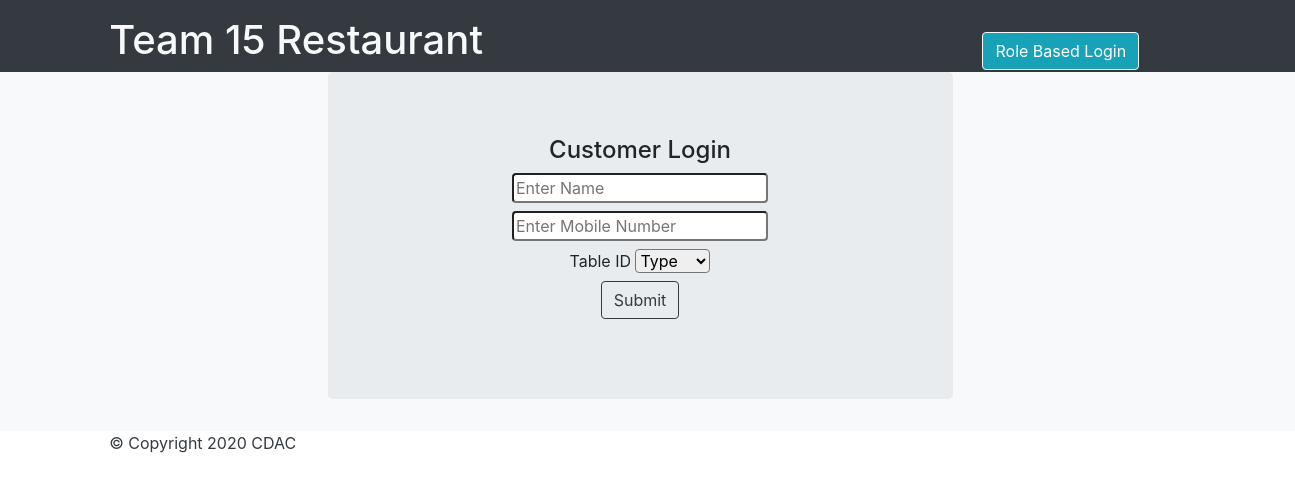
Repository: Pedaxx-IT-solution/E-Waiter-Stuff-
Page: http://localhost/ProjectEwaiter/WEB-INF/views/index.jsp
The author's editor kept a copy of each file at every save. The page is drawn from the files as they stood at one save, then again after the next save.
The browser window is 1280 px wide. The page is 1295 px wide, so the pictures cover 1295 px, including what lies to the right of the window. The pictures show the whole page.
The page is served by Tomcat 9. Nobody is signed in. Other server files are loaded and not shown. The template is opened directly, without the code that normally fills it, so the values that code supplies are empty.

Above is the page before, as saved 2020-01-24 07:45:48.

### MyProject/ProjectEwaiter/src/main/webapp/WEB-INF/views/index.jsp
<%@ page language="java" contentType="text/html; charset=ISO-8859-1"
	pageEncoding="ISO-8859-1"%>
<!DOCTYPE html>
<html>
<head>
<meta charset="ISO-8859-1">
<title>Customer Login Page</title>

<link
	href="https://stackpath.bootstrapcdn.com/bootstrap/4.4.1/css/bootstrap.min.css"
	rel="stylesheet"
	integrity="sha384-Vkoo8x4CGsO3+Hhxv8T/Q5PaXtkKtu6ug5TOeNV6gBiFeWPGFN9MuhOf23Q9Ifjh"
	crossorigin="anonymous">


<script>
     function Project()
	{
		var Name = document.forms["myForm"]["name"];
		var TableID = document.forms["myForm"]["table_id"];
		var MobileNo = document.forms["myForm"]["mobile_no"];

		if(Name.value == "")
		{
			window.alert("Please enter your name.");
			Name.focus();
			return false;
		}
        if(MobileNo.value == "")
		{
			window.alert("Please enter your Mobile No.");
			MobileNo.focus();
			return false;
		}

		if(TableID.value == "0")
		{
			window.alert("Please enter Table No.");
			TableID.focus();
			return false;
		}




	}
</script>
</head>
<body>
	<div class="container-flud  ">

		<div class="row bg-dark pt-3">
				<div class="col-1 "></div>
				<div class="col-8  text-light ">
					<h1>Team 15 Restaurant</h1>
				</div>
				<div class="col-3 txt-light pt-3">
						<a href="/user/" class="btn btn-info border-light" role="button">Role Based Login</a>
				</div>
		</div>

		<div class="row bg-light">
			<div class="col-3"></div>
			<div class="col-6" align="center">
				<div class="jumbotron">
					<h4>Customer Login </h4>
					<form action="custLogin" name="myForm" onsubmit="return Project()"  method="post">
						<input type="text" class="mb-2 rounded" name="name"  placeholder="Enter Name"><br>
						<input type="text" maxlength="10" pattern="[0-9]{10}" class="mb-2 rounded" name="mobile_no" placeholder="Enter Mobile Number" ><br>
												<p>
							Table ID <select class="rounded mb-2"
								name="table_id">
								<option value="0">Type</option>
								<option value="1">Table 1</option>
								<option value="2">table 2</option>
								<option value="3">table 3</option>
								<option value="4">table 4</option>
								<option value="5">table 5</option>
							</select> <br>

						<input type="submit" class="btn rounded text-dark border-dark" value="Submit"><br>

				</div>
			</div>
			<div class="col-3"></div>
		</div>

		<div class="row ">
			<div class="col-1 "></div>
			<div class="col-11 text-dark ">
				<footer>&copy; Copyright 2020 CDAC</footer>
			</div>
		</div>
	</div>

</body>
</html>

After the next save:
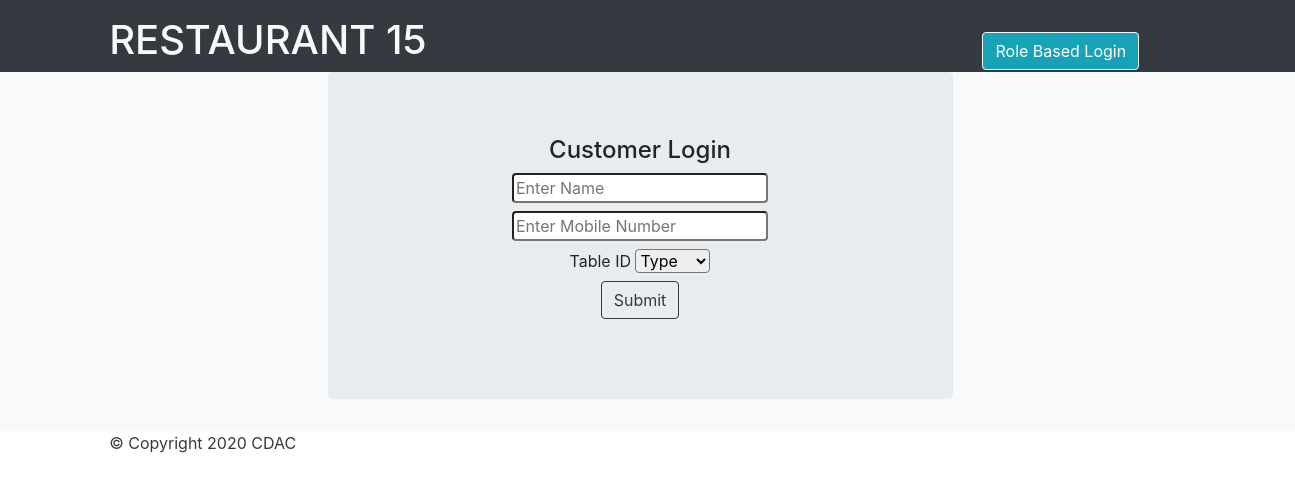
Saved 15 s later.
--- a/MyProject/ProjectEwaiter/src/main/webapp/WEB-INF/views/index.jsp
+++ b/MyProject/ProjectEwaiter/src/main/webapp/WEB-INF/views/index.jsp
@@ -52,7 +52,7 @@
 		<div class="row bg-dark pt-3">
 				<div class="col-1 "></div>
 				<div class="col-8  text-light ">
-					<h1>Team 15 Restaurant</h1>
+					<h1>RESTAURANT 15</h1>
 				</div>
 				<div class="col-3 txt-light pt-3">
 						<a href="/user/" class="btn btn-info border-light" role="button">Role Based Login</a>
